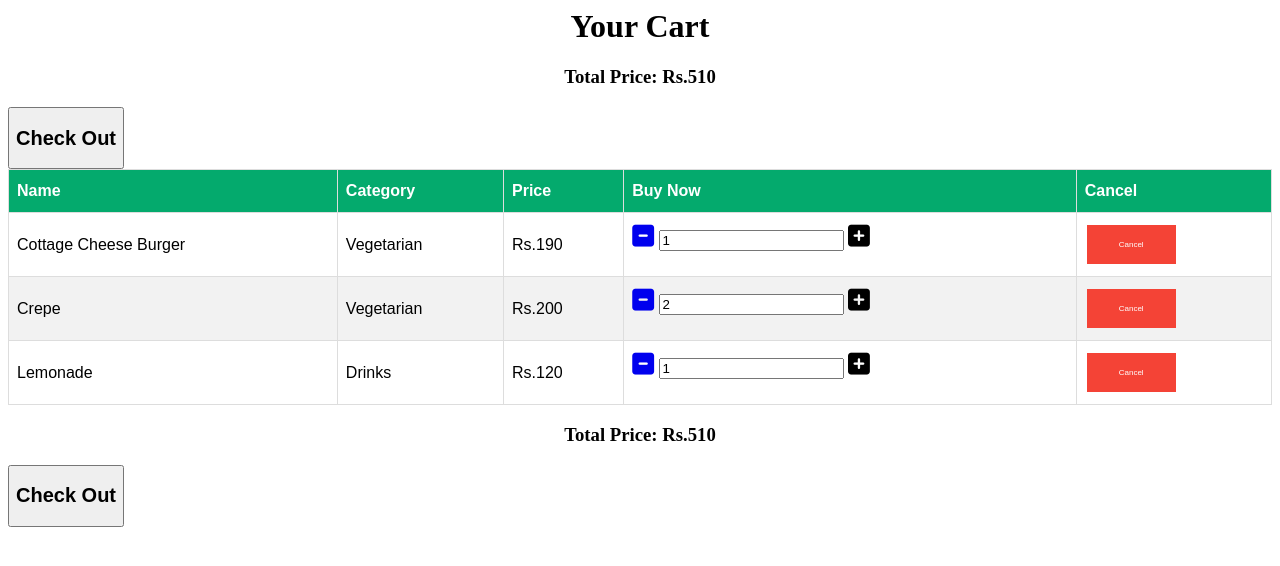
Repository: Shreya200012/FoodBox
Page: http://localhost/foodWeb/cart.jsp
The author's editor kept a copy of each file at every save. The page is drawn from the files as they stood at one save, then again after the next save.
The browser window is 1280 px wide. The pictures show the whole page.
Some web libraries are served in a nearby version. The page is served by Tomcat 9.

Above is the page before, as saved 2022-06-14 17:27:06.

After the next save:
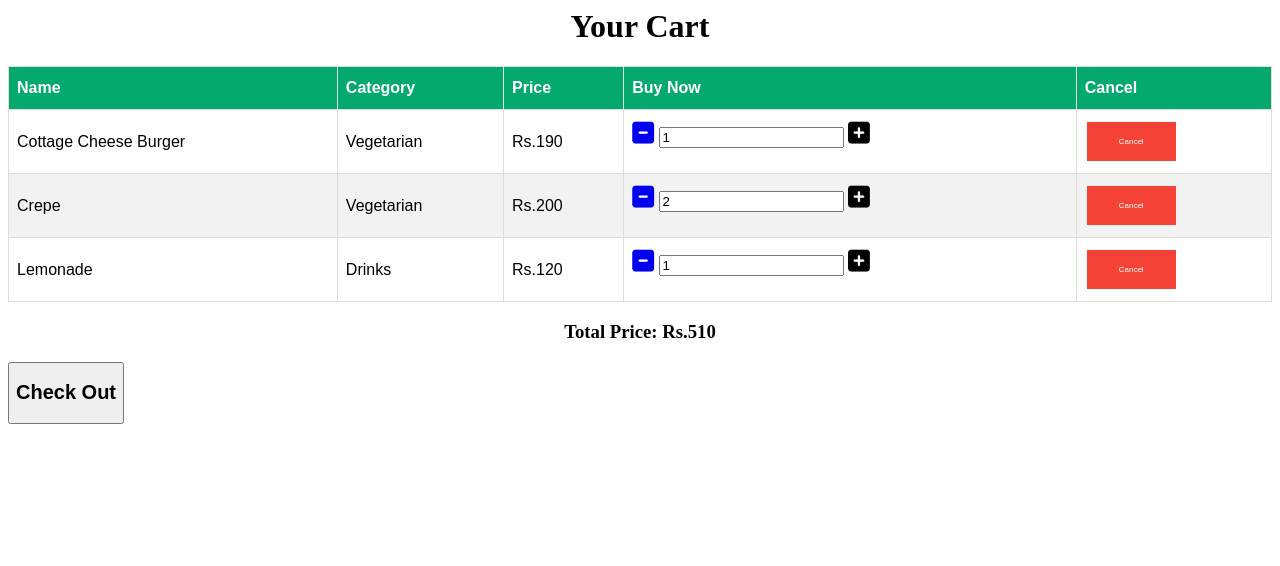
Saved 21 s later.
--- a/foodWeb/src/main/webapp/cart.jsp
+++ b/foodWeb/src/main/webapp/cart.jsp
@@ -61,10 +61,7 @@
 <div class="container">
 <div class="d-flex py-3">
 <h1 align="center">Your Cart</h1>
-<h3 align="center">Total Price: Rs.510</h3>
 
-<a class="mx-3 btn btn-primary" href="#" align="center"><button onClick="myFunction()"><h2>Check Out</h2></button></a>
-</div>
 <table id="customers">
 <thead>
 <tr>
